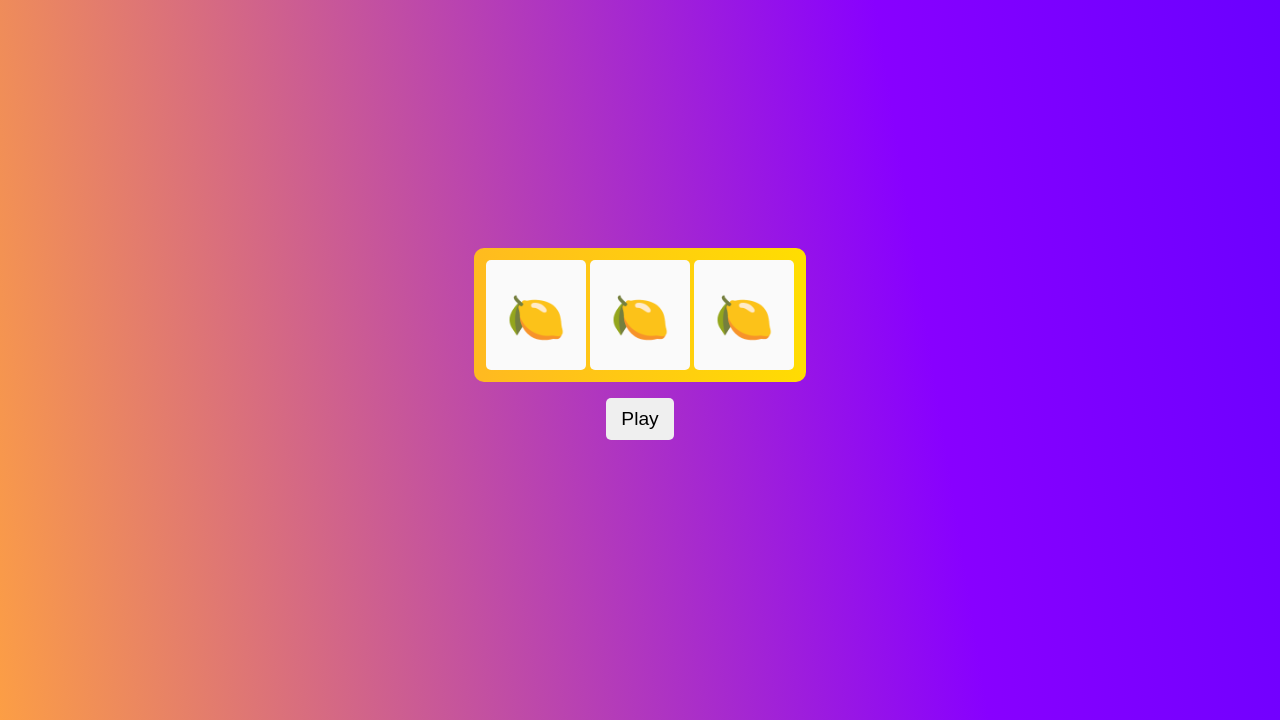
Repository: HERBOD7/slotmachine
Page: /
These files come from the project's save history. The page is drawn as it stood at one moment and after the next save; the edit follows.
The browser window is 1280 px wide. The pictures show the whole page.
The project was rebuilt for these pictures with package versions that can differ from the ones it lists, and the page was loaded fresh each time. Also part of the build but not shown: vue.config.js.

Above is the page before, as saved 2023-07-23 11:59:34.

After the next save:
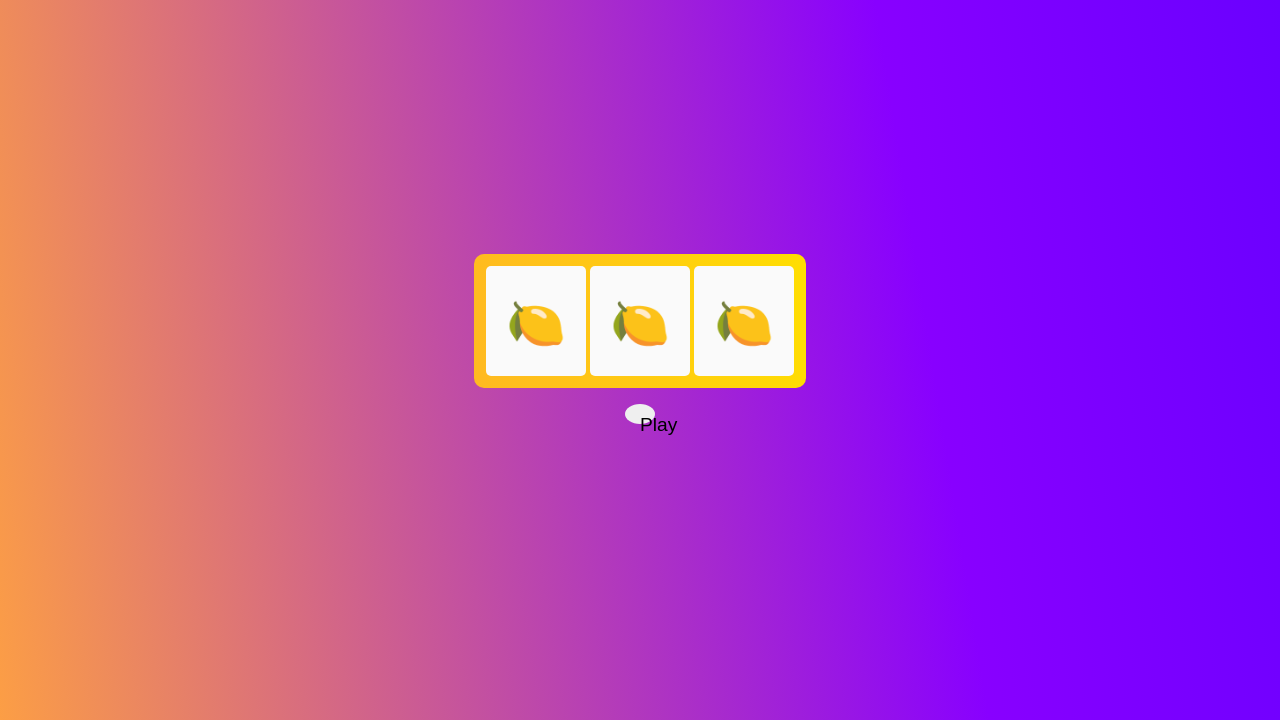
Saved 2 min 4 s later.
--- a/src/App.vue
+++ b/src/App.vue
@@ -11,7 +11,7 @@
     </div>
 
     <div class="buttons">
-      <button @click="spin" id="spinner">Play</button>
+      <button @click="spin" class="spinner">Play</button>
     </div>
   </div>
 </template>
@@ -102,43 +102,6 @@ body {
   margin: 2px;
 }
 
-/* .boxes {
-  transform: translateY(0);
-  transition: transform 1s ease-in-out;
-}
-
-.box {
-  display: flex;
-  justify-content: center;
-  align-items: center;
-  font-size: 3rem;
-  height: 110px;
-  width: 100px;
-}
-
-.firstSlot-animation {
-  transform: translateY(3px);
-  transition: transform 0.5s ease-in-out;
-}
-
-.secondSlot-animation {
-  transform: translateY(3px);
-  transition: transform 0.8s ease-in-out;
-}
-
-.thirdSlot-animation {
-  transform: translateY(3px);
-  transition: transform 1s ease-in-out;
-}
-
-.before-animate {
-  transform: translateY(-20px);
-}
-
-.blur {
-  filter: blur(1px);
-} */
-
 .buttons {
   margin: 1rem 0 2rem 0;
 }
@@ -152,10 +115,9 @@ button {
   padding: 10px 15px;
 }
 
-.info {
-  position: fixed;
-  bottom: 0;
-  width: 100%;
-  text-align: center;
+.spinner {
+  height: 10px;
+  width: 10px;
+  border-radius: 100%;
 }
 </style>
